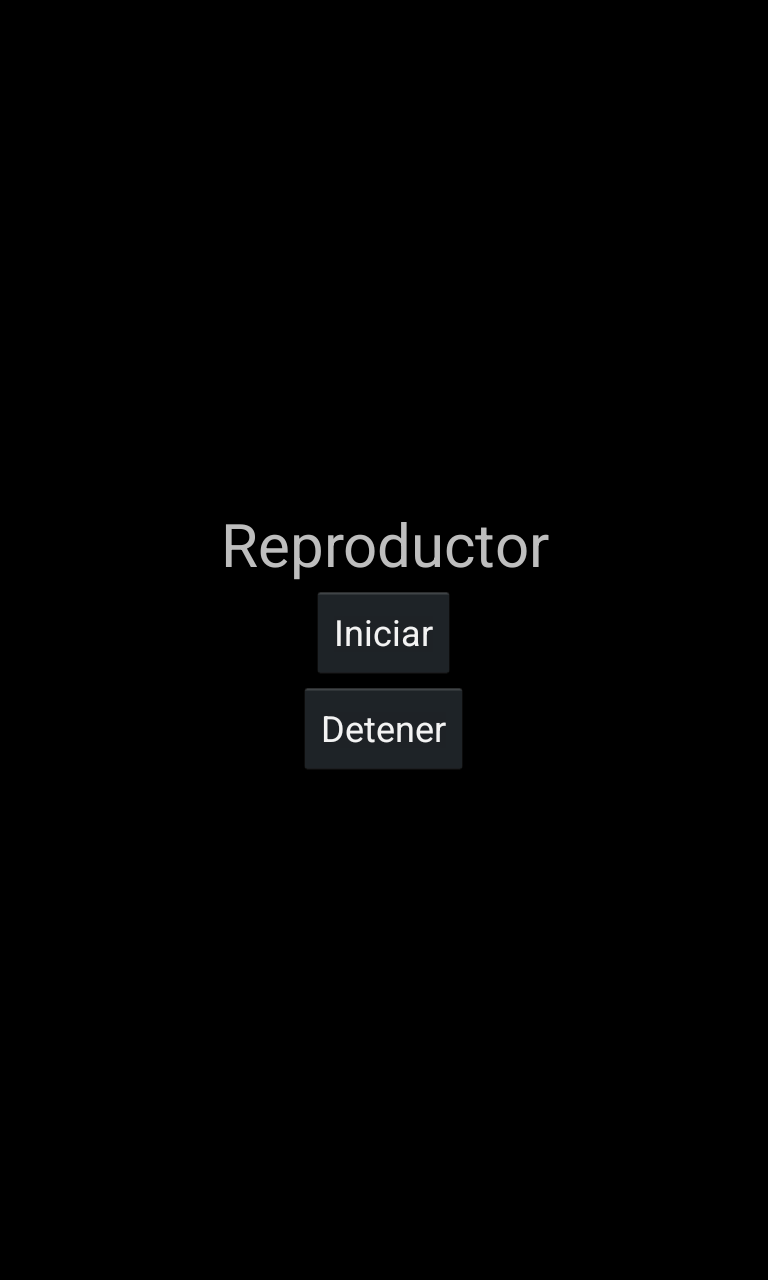
Repository: dorisserruto/un_exercises
Layout: javaandroid/Recursos/workspace-profe/lab13_player1/res/layout/main.xml
The author's editor kept a copy of each file at every save. The layout is drawn from the files as they stood at one save, then again after the next save.
It is drawn on a 768 x 1280 px phone screen (xhdpi) without system bars, with theme android:Theme.Holo; the app's code is not run.

Above is the layout before, as saved 2012-06-24 16:23:23.

After the next save:
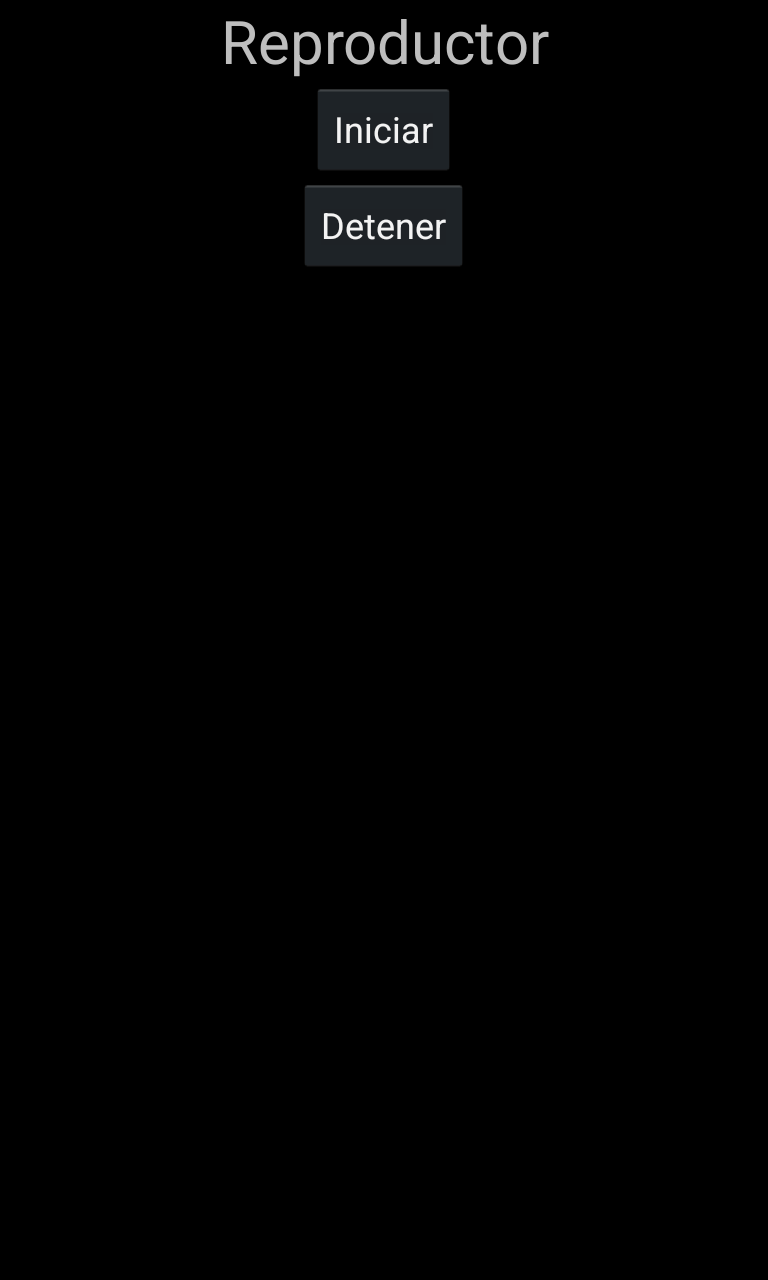
Saved 18 min 42 s later.
--- a/javaandroid/Recursos/workspace-profe/lab13_player1/res/layout/main.xml
+++ b/javaandroid/Recursos/workspace-profe/lab13_player1/res/layout/main.xml
@@ -2,17 +2,17 @@
 <LinearLayout xmlns:android="http://schemas.android.com/apk/res/android"
     android:layout_width="fill_parent"
     android:layout_height="fill_parent"
-    android:orientation="vertical"
-    android:gravity="center">
+    android:gravity="center"
+    android:orientation="vertical" >
     >
+
 
     <TextView
         android:layout_width="fill_parent"
         android:layout_height="wrap_content"
+        android:gravity="center"
         android:text="Reproductor"
-        android:gravity="center"
-        android:textSize="30sp"
-        />
+        android:textSize="30sp" />
 
     <Button
         android:id="@+id/btnStart"
@@ -26,4 +26,23 @@
         android:layout_height="wrap_content"
         android:text="Detener" />
 
+    <LinearLayout
+        android:layout_width="wrap_content"
+        android:layout_height="wrap_content"
+        android:orientation="vertical" >
+    </LinearLayout>
+
+    <LinearLayout
+        android:layout_width="wrap_content"
+        android:layout_height="wrap_content"
+        android:orientation="vertical" >
+    </LinearLayout>
+
+    <LinearLayout
+        android:layout_width="wrap_content"
+        android:layout_height="wrap_content"
+        android:layout_weight="0.27"
+        android:orientation="vertical" >
+    </LinearLayout>
+
 </LinearLayout>
